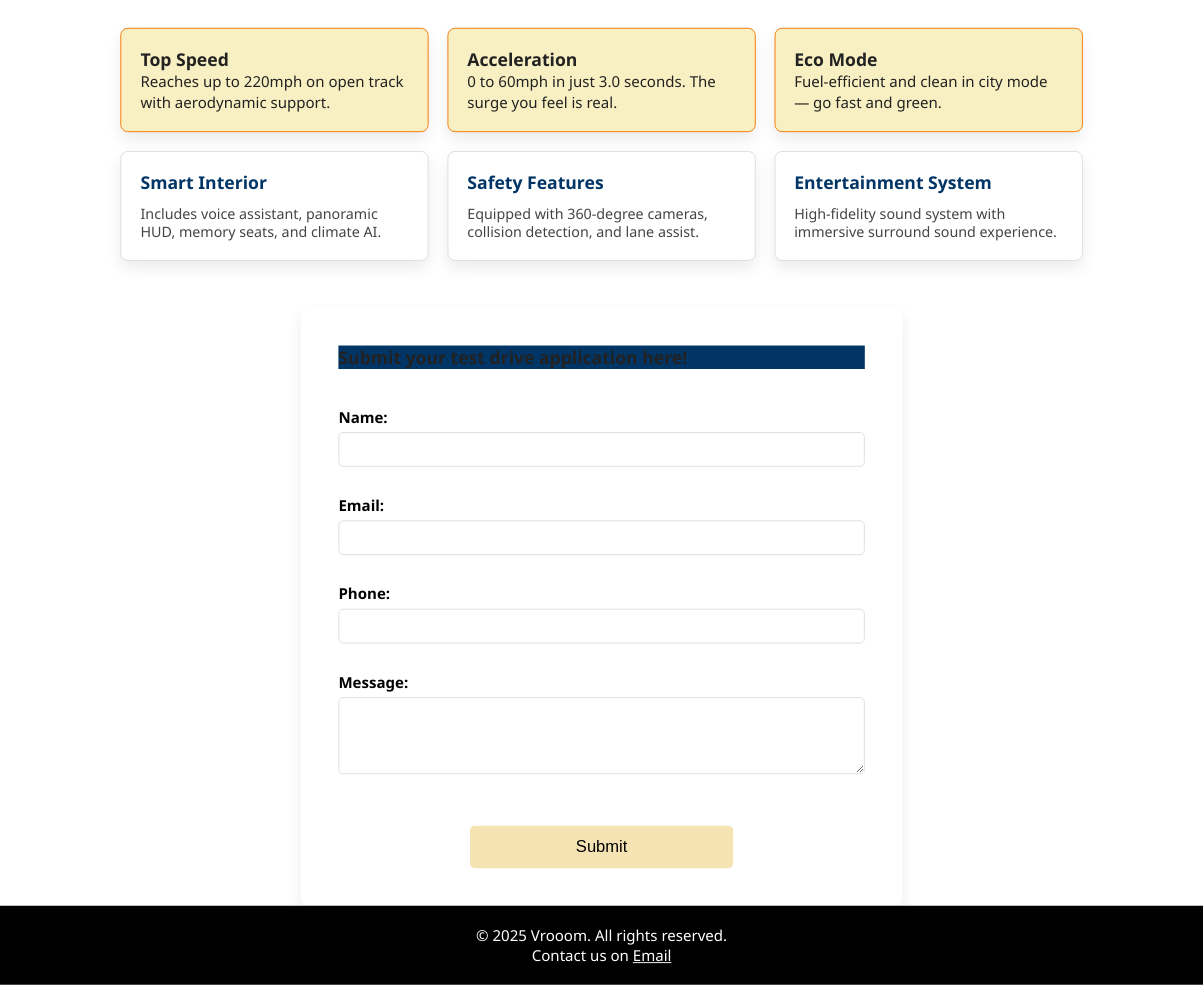
Repository: JiaheSu22/vrooom-responsive-main
Page: index.html
The author's editor kept a copy of each file at every save. The page is drawn from the files as they stood at one save, then again after the next save.
The browser window is 1280 px wide. The pictures show the part of the page from y = 740 to 1788 px (the page is 1788 px tall), at 94% of full size.
A picture or video elsewhere on the page could not be fetched, so the positions and the page height are approximate.

Above is the page before, as saved 2025-04-11 15:40:14.

After the next save:
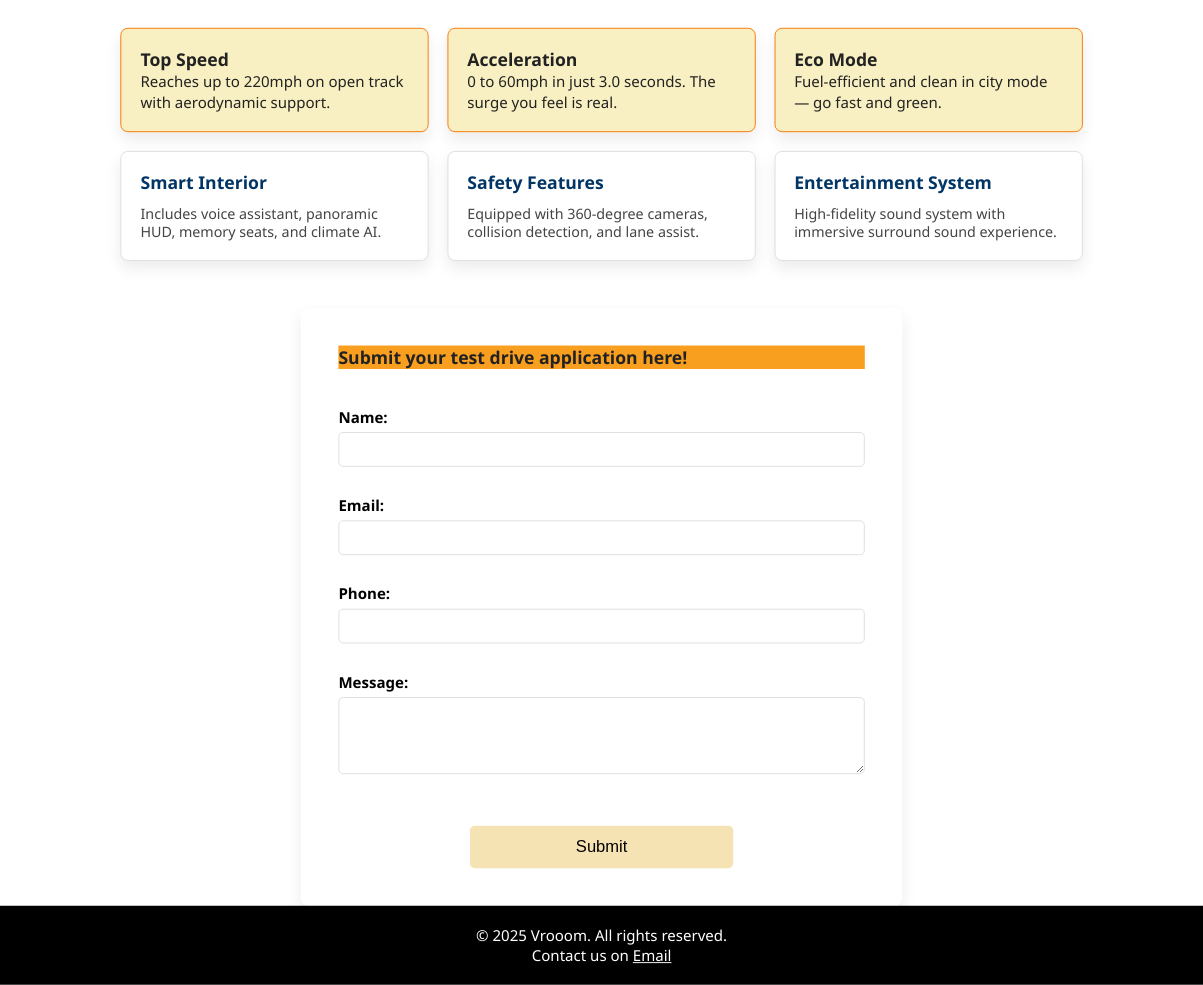
Saved 16 s later.
--- a/index.html
+++ b/index.html
@@ -156,7 +156,7 @@
     }
 
     .form-header {
-      background-color: #003566;
+      background-color: #f99f20;
       margin-bottom: 40px;
     }
 
